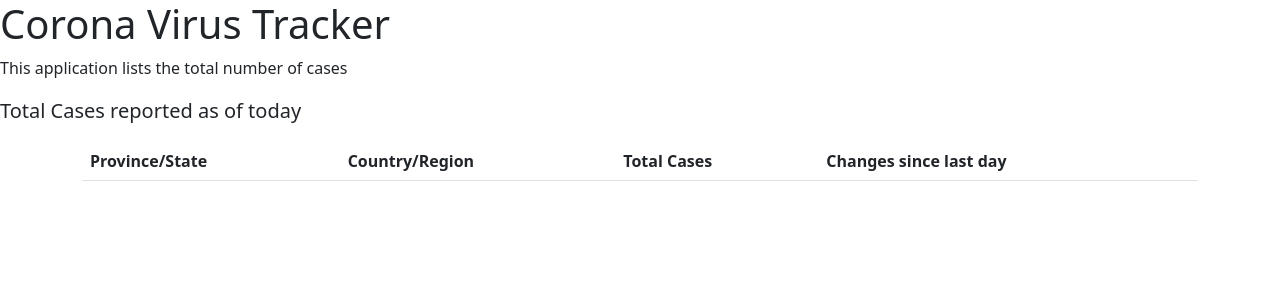
Repository: sharmav2312/coronavirus-tracking-app
Page: http://localhost/home
An editor plug-in stored every save of this project. The page is shown before and after the next save, followed by the edit.
The browser window is 1280 px wide. The pictures show the whole page.
The page is this project's Thymeleaf template; nobody is signed in. The template is opened directly, without the code that normally fills it, so the values that code supplies are empty.

Above is the page before, as saved 2021-09-21 21:29:26.

After the next save:
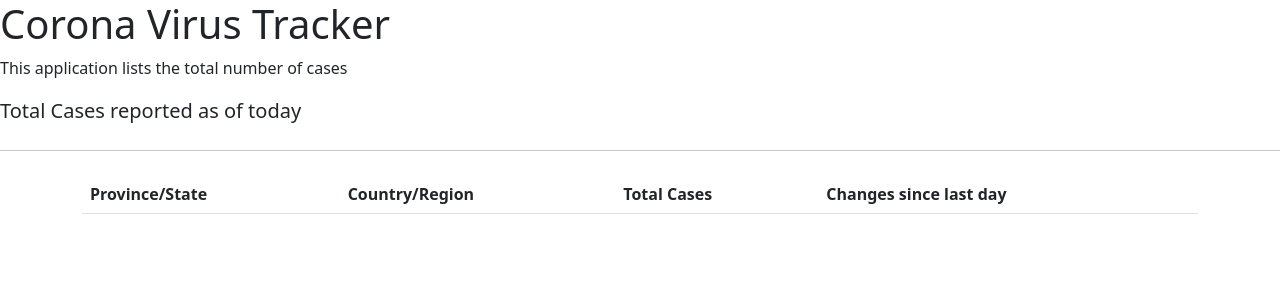
Saved 42 s later.
--- a/coronavirus-tracker/src/main/resources/templates/home.html
+++ b/coronavirus-tracker/src/main/resources/templates/home.html
@@ -13,6 +13,7 @@
 <div class="jumbotron">
   <h1 class="display-4" th:text="${totalReportedCases}">Hello, world!</h1>
   <p class="lead">Total Cases reported as of today</p>
+  <hr class="my-4">
 </div>
 
 <div class="container">
